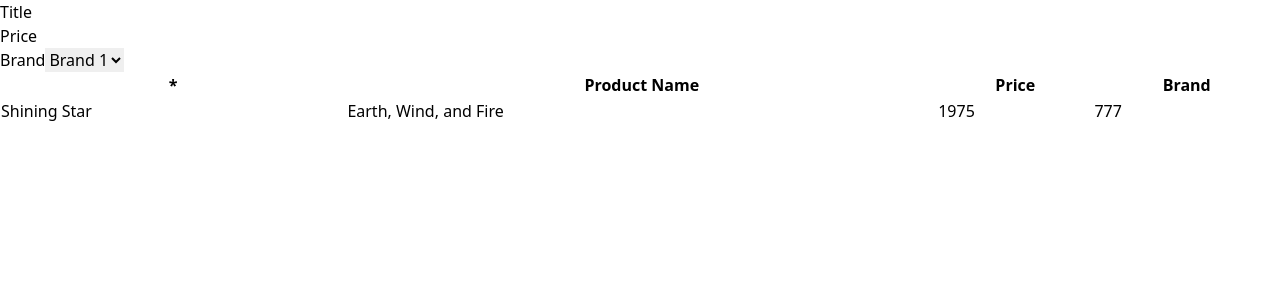
Repository: Semanmernstack/next-13-prisma-crud
Page: /product
An editor plug-in stored every save of this project. The page is shown before and after the next save, followed by the edit.
The browser window is 1280 px wide. The pictures show the whole page.
The project was rebuilt for these pictures with package versions that can differ from the ones it lists, and the page was loaded fresh each time. The framework's server and built-in components were replaced by stand-ins that run in the browser. Also part of the build but not shown: next.config.js.

Above is the page before, as saved 2023-05-31 07:35:46.

### app/layout.tsx
import './globals.css'
import { Inter } from 'next/font/google'



export const metadata = {
  title: 'Create Next App',
  description: 'Generated by create next app',
}

export default function RootLayout({
  children,
}: {
  children: React.ReactNode
}) {
  return (
    <html lang="en">
      <body className="">{children}</body>
    </html>
  )
}

### app/product/page.tsx
import React from 'react'
import AddPrisma from '../components/AddPrisma'

function page() {
  return (
    <div>
        <AddPrisma/>
        <table className="table w-full items-center">
        <thead>
          <tr className="items-center">
            <th>*</th>
            <th>Product Name</th>
            <th>Price</th>
            <th>Brand</th>
          </tr>
        </thead>
        <tbody>

          <tr>
            <td>Shining Star</td>
            <td>Earth, Wind, and Fire</td>
            <td>1975</td>
            <td>777</td>
          </tr>
        </tbody>
      </table>



    </div>
  )
}

export default page

### app/components/AddPrisma.tsx
"use client"
import React, { useState } from 'react'

function AddPrisma() {
    const [title, setTitle] = useState("");
    const [price, setPrice] = useState("")
  return (
    <div>
        <form >
            <div>
                <label>Title</label>
                <input type="text" value={title} />
            </div>
            <div>
                <label >Price</label>
                <input type="text" value={price} />
            </div>
            <div>
                <label>Brand</label>
                <select >
                    <option value="">Brand 1</option>
                    <option value="">Brand 2</option>
                </select>
            </div>



        </form>
    </div>

  )
}

export default AddPrisma

Loaded but not shown: app/globals.css (common file); tailwind.config.js (common file)

After the next save:
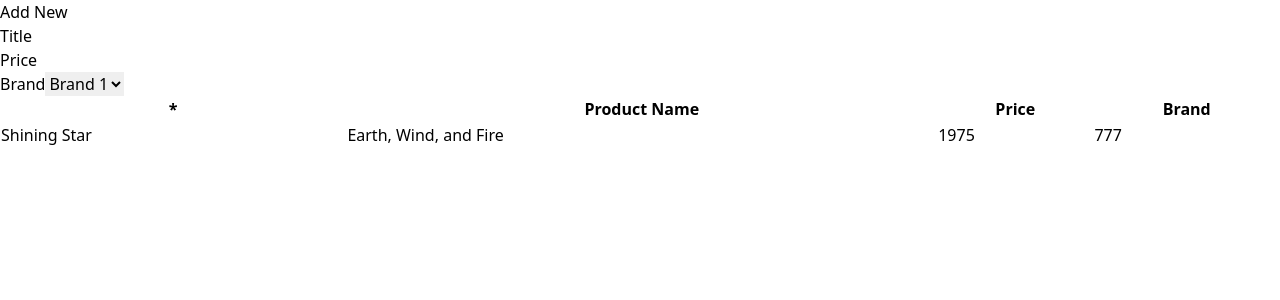
Saved 2 min 24 s later.
--- a/app/components/AddPrisma.tsx
+++ b/app/components/AddPrisma.tsx
@@ -6,6 +6,7 @@
     const [price, setPrice] = useState("")
   return (
     <div>
+        <h1>Add New</h1>
         <form >
             <div>
                 <label>Title</label>
